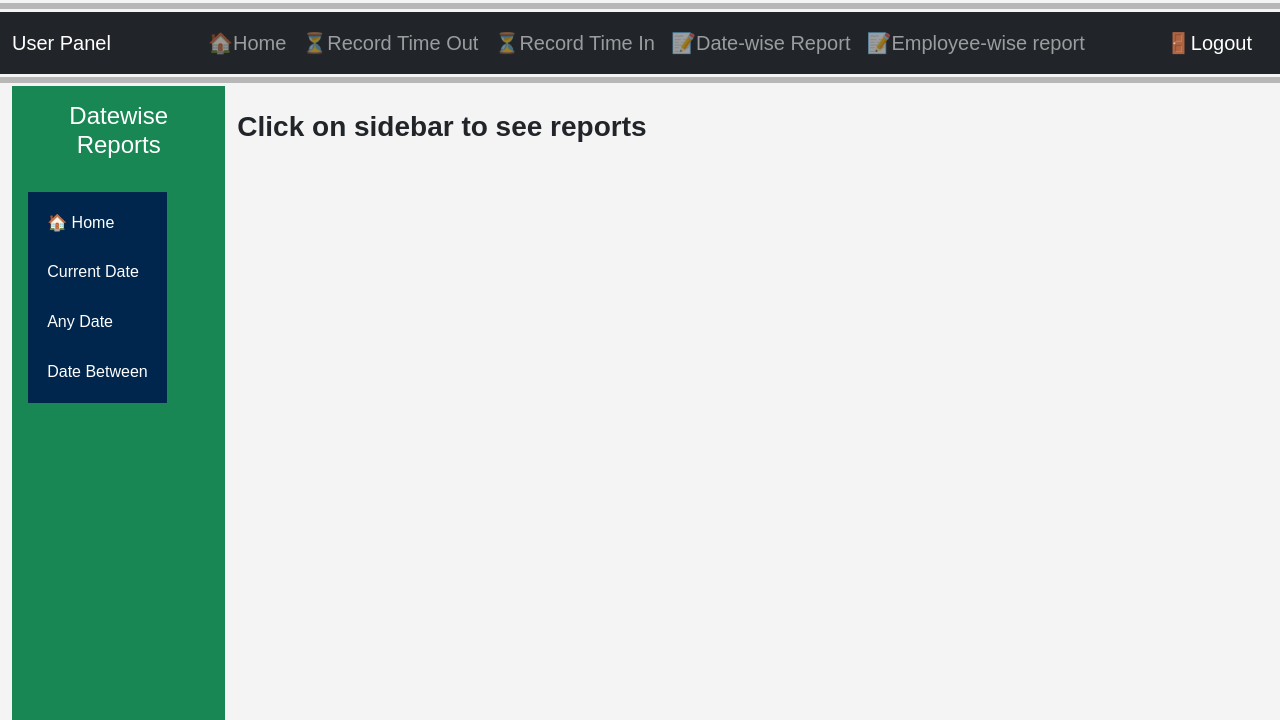
Repository: tecresearch/fullstack-training
Page: http://localhost/user/reports/datewise/anydate-dashboard
An editor plug-in stored every save of this project. The page is shown before and after the next save, followed by the edit.
The browser window is 1280 px wide. The pictures show the whole page.
The page is this project's Thymeleaf template; nobody is signed in. The template is opened directly, without the code that normally fills it, so the values that code supplies are empty.

Above is the page before, as saved 2025-03-19 07:02:45.

After the next save:
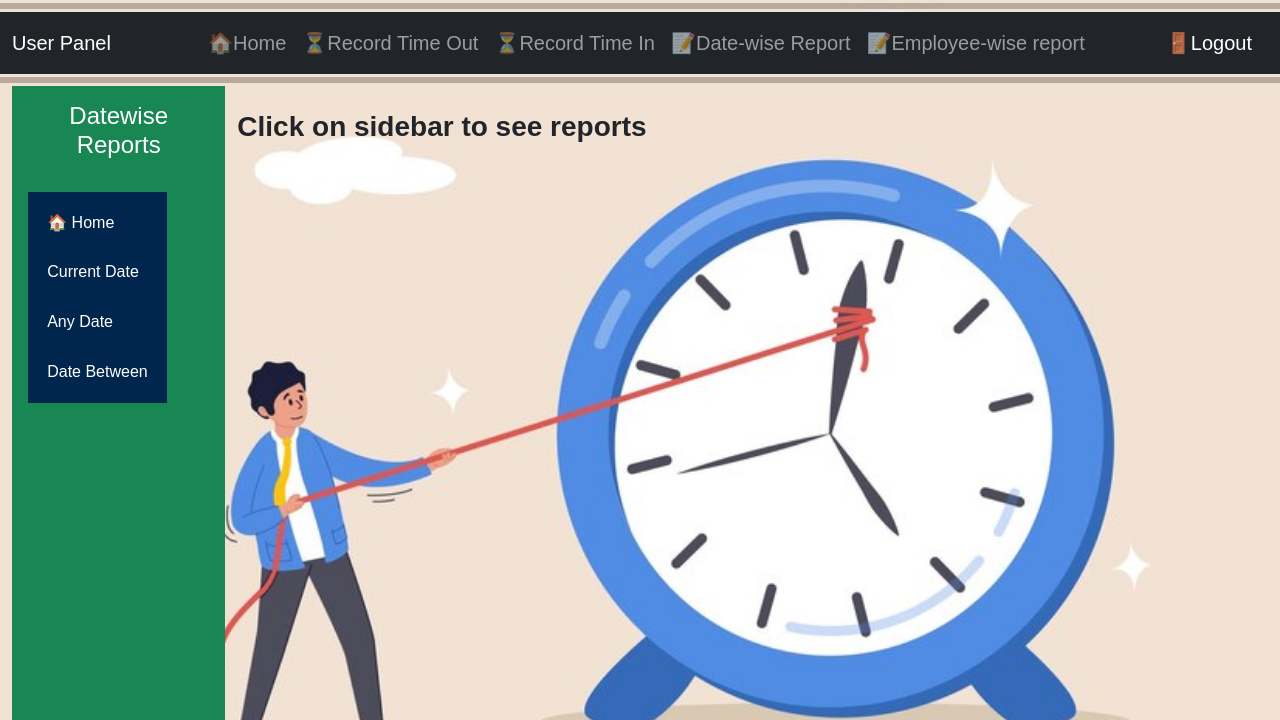
Saved 8 s later.
--- a/a4-spring-boot/employee-time-tracker/src/main/resources/templates/user/reports/datewise/anydate-dashboard.html
+++ b/a4-spring-boot/employee-time-tracker/src/main/resources/templates/user/reports/datewise/anydate-dashboard.html
@@ -6,7 +6,7 @@
     <meta name="viewport" content="width=device-width, initial-scale=1.0">
     <title>Datewise Report Dashboard</title>
 </head>
-<body>
+<body class="ubg-image">
 	<div class="container-fluid">
 	    <div class="row">
 	        <!-- Sidebar -->
